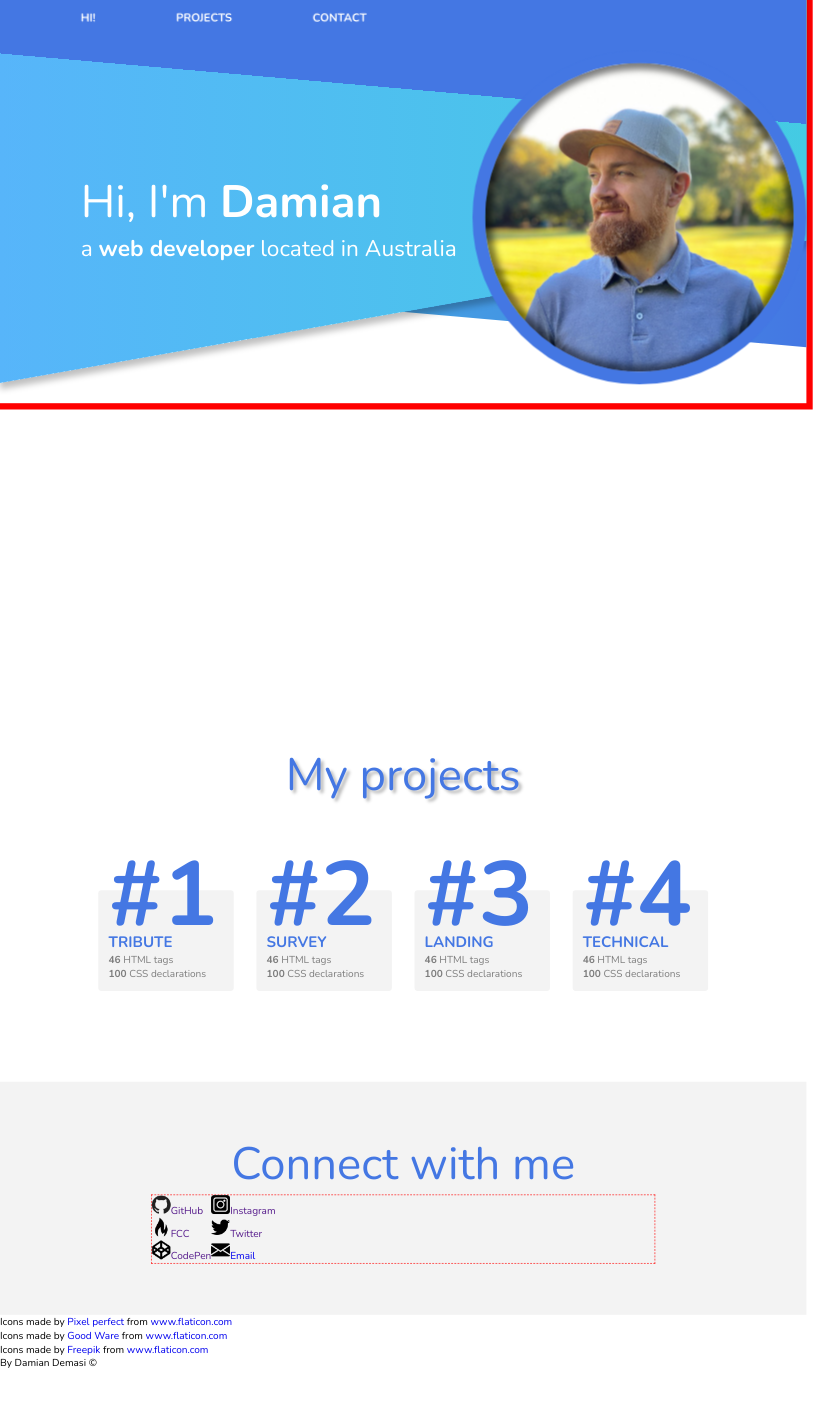
Repository: Colo-Codes/freecodecamp-05-Personal-Portfolio-Webpage
Page: index.html
An editor plug-in stored every save of this project. The page is shown before and after the next save, followed by the edit.
The browser window is 1280 px wide. The page is 1320 px wide, so the pictures cover 1320 px, including what lies to the right of the window. The pictures show the whole page, at 63% of full size.

Above is the page before, as saved 2021-06-03 18:41:27.

After the next save:
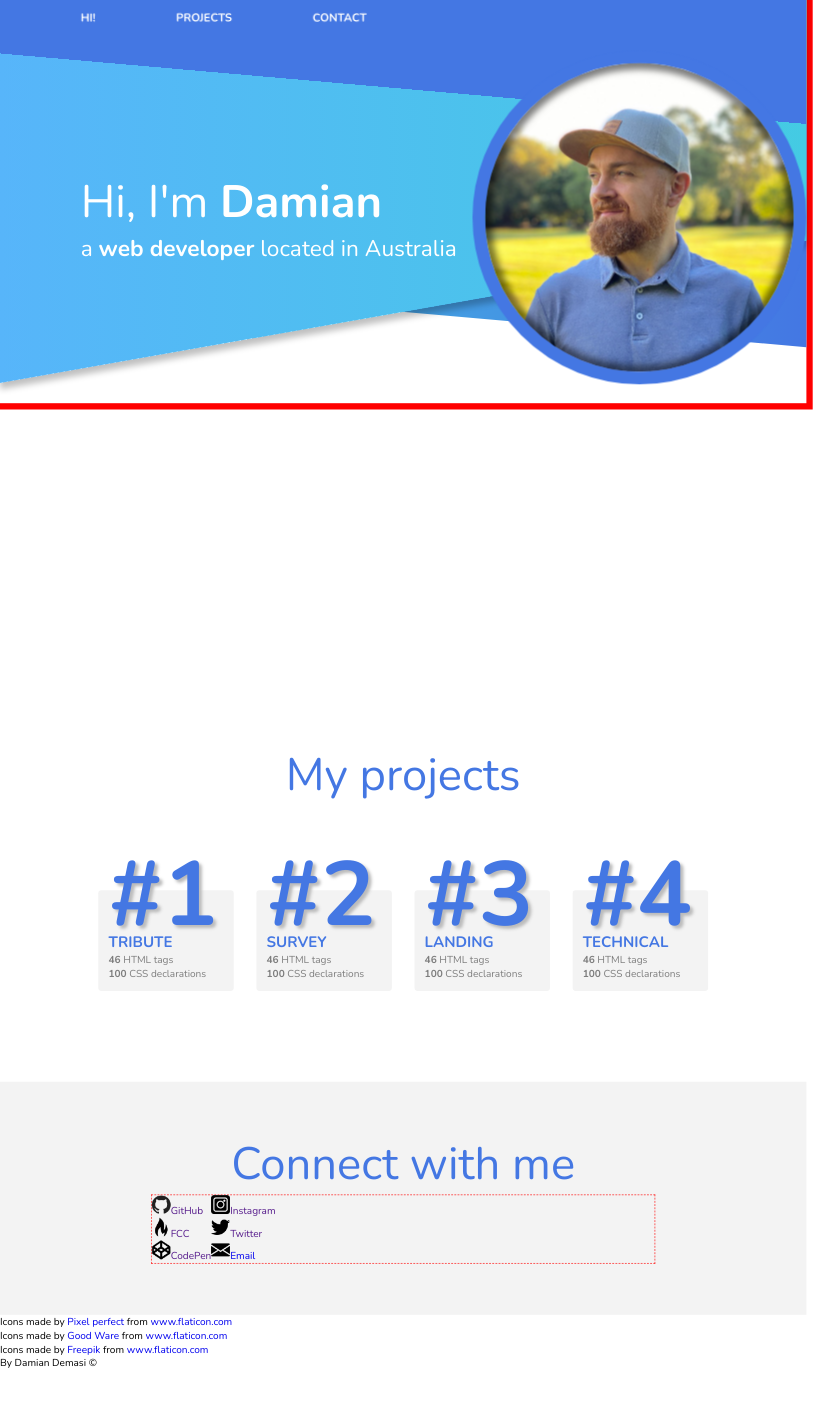
Saved 17 s later.
--- a/css/index.css
+++ b/css/index.css
@@ -171,7 +171,6 @@ a:link {
     font-weight: 300;
     text-align: center;
     margin-bottom: 3.375rem;
-    text-shadow: 5px 5px 5px #bbb;
 }
 
 .project-card {
@@ -218,6 +217,8 @@ a:link {
     font-weight: 700;
     font-size: 9rem;
     line-height: 1;
+    text-shadow: 5px 5px 5px #bbb;
+
 }
 
 .project-tile h4 {
